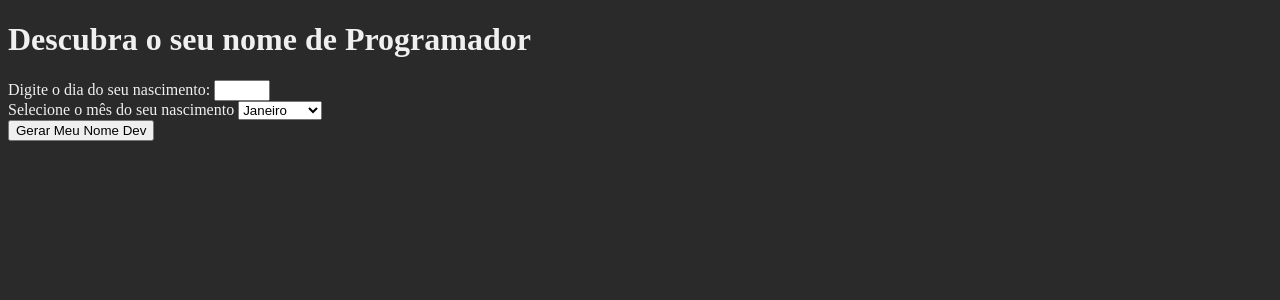
Repository: analessp/seu-nome-dev
Page: index.html
An editor plug-in stored every save of this project. The page is shown before and after the next save, followed by the edit.
The browser window is 1280 px wide. The pictures show the whole page.

Above is the page before, as saved 2025-05-13 10:43:36.

### index.html
<!DOCTYPE html>
<html lang="pt-BR">
<head>
    <meta charset="UTF-8">
    <meta name="viewport" content="width=device-width, initial-scale=1.0">
    <title>Seu Nome Dev</title>
    <link rel="stylesheet" href="styles.css">
</head>
<body>
    <div class="container">
        <h1>Descubra o seu nome de Programador</h1>
        <div class="form-group">
            <label for="dia">Digite o dia do seu nascimento:</label>
            <input type="number" id="dia" min="1" max="31">
        </div>
        <div class="form-group">
            <label for="mes">Selecione o mês do seu nascimento</label>
            <select id="mes">
                <option value="1">Janeiro</option>
                <option value="2">Fevereiro</option>
                <option value="3">Março</option>
                <option value="4">Abril</option>
                <option value="5">Maio</option>
                <option value="6">Junho</option>
                <option value="7">Julho</option>
                <option value="8">Agosto</option>
                <option value="9">Setembro</option>
                <option value="10">Outubro</option>
                <option value="11">Novembro</option>
                <option value="12">Dezembro</option>
            </select>
        </div>
        <button onclick="gerarNomeDev()">Gerar Meu Nome Dev</button>
        <div class="resultado" id="resultado"></div>
    </div>
    <script src="app.js"></script>
</body>
</html>

### styles.css
body {
    background-color: #2a2a2a;
    color: #f0f0f0;
    font-family: ;
}

Loaded but not shown: app.js (no copy from this time; the picture is the same without it)

After the next save:
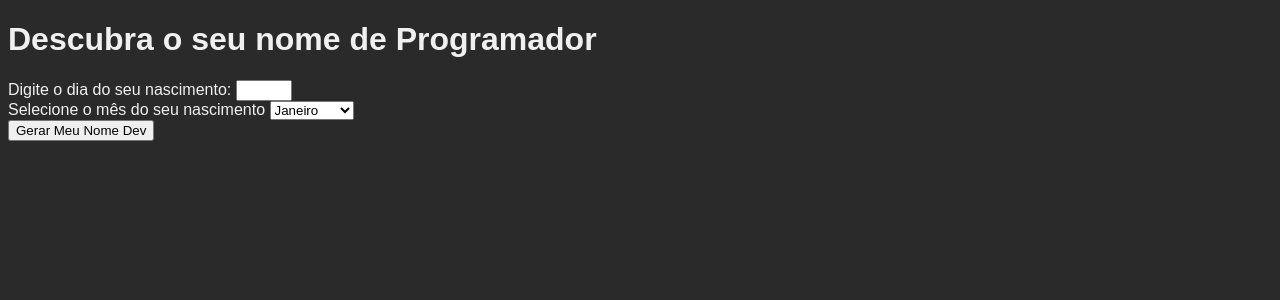
Saved 82 s later.
--- a/styles.css
+++ b/styles.css
@@ -1,5 +1,5 @@
 body {
     background-color: #2a2a2a;
     color: #f0f0f0;
-    font-family: ;
+    font-family: "Outfit", sans-serif;
 }

After the save that followed:
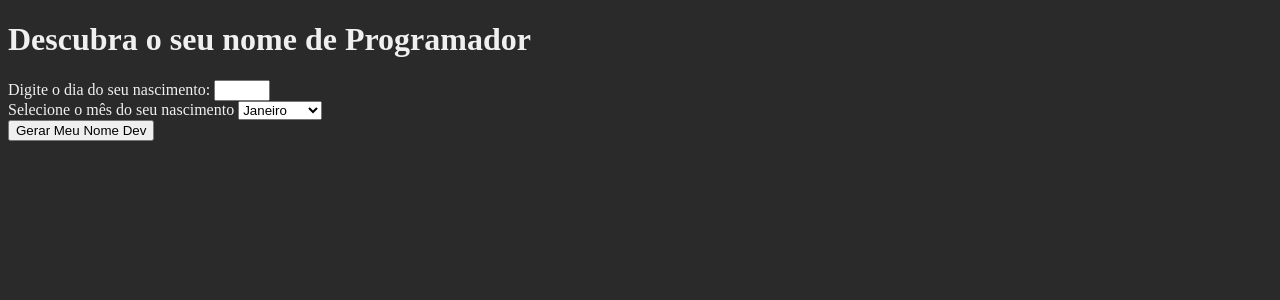
Saved 29 s later.
--- a/styles.css
+++ b/styles.css
@@ -1,5 +1,5 @@
 body {
     background-color: #2a2a2a;
     color: #f0f0f0;
-    font-family: "Outfit", sans-serif;
+    font-family: ;
 }
